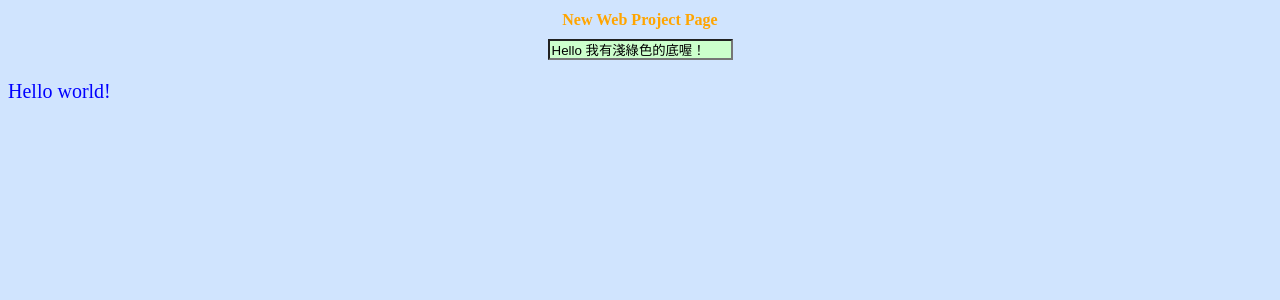
Repository: ericluo1123/myWebCode
Page: myWebProject/index.html
The author's editor kept a copy of each file at every save. The page is drawn from the files as they stood at one save, then again after the next save.
The browser window is 1280 px wide. The pictures show the whole page.

Above is the page before, as saved 2014-10-23 05:10:25.

### myWebProject/index.html
<!DOCTYPE HTML PUBLIC "-//W3C//DTD HTML 4.01 Transitional//EN"
"http://www.w3.org/TR/html4/loose.dtd">
<html xmlns="http://www.w3.org/1999/xhtml">
	<head>
		<!-- <link rel=stylesheet type="text/css" href="myCSS.css"> -->
		<style type="text/css">
			@import url(myCSS.css);
		</style>

		<script type="text/javascript" 	src="C:\Users\taianluo\Documents\GitHub\myWebCode\myWebProject\myJavascript.js"></script>
		<meta http-equiv="Content-Type" content="text/html; charset=utf-8" />
		<title>New Web Project</title>
	</head>
	<body>
		<h1>New Web Project Page</h1>
		<h1>
		<input type="Text" value="Hello 我有淺綠色的底喔！"	STYLE="background-color:#ccffcc">
		</h1>
		<p id="para1">
			Hello world!
		</p>
	</body>
</html>

### myWebProject/myCSS.css
body {
	background-color: #d0e4fe;
}

h1 {
	color: orange;
	text-align: center;
	font-size: 12pt;
	font-family:"標楷體"";
}

h2,h3,h4{

		color: green;
	text-align: right;
	font-size: 24pt;
	font-family:"標楷體"";
}

p {
	font-family: "Times New Roman";
	font-size: 20px;
}

#para1 {
    text-align: left;
    color: blue;
}

.center {
    text-align: center;
    color: red;
}

After the next save:
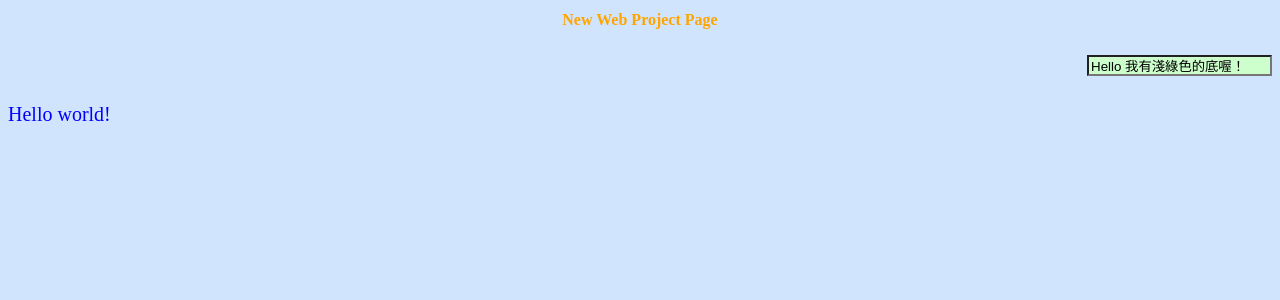
Saved 4 s later.
--- a/myWebProject/index.html
+++ b/myWebProject/index.html
@@ -13,9 +13,9 @@
 	</head>
 	<body>
 		<h1>New Web Project Page</h1>
-		<h1>
+		<h2>
 		<input type="Text" value="Hello 我有淺綠色的底喔！"	STYLE="background-color:#ccffcc">
-		</h1>
+		</h2>
 		<p id="para1">
 			Hello world!
 		</p>
